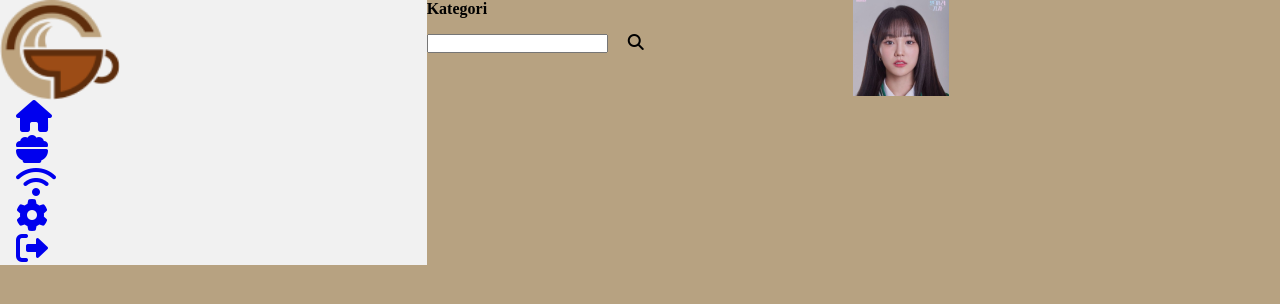
Repository: DanielChuaaa/sbd2
Page: index.html
An editor plug-in stored every save of this project. The page is shown before and after the next save, followed by the edit.
The browser window is 1280 px wide. The pictures show the whole page.
Some web libraries are served in a nearby version.

Above is the page before, as saved 2023-10-20 10:06:55.

After the next save:
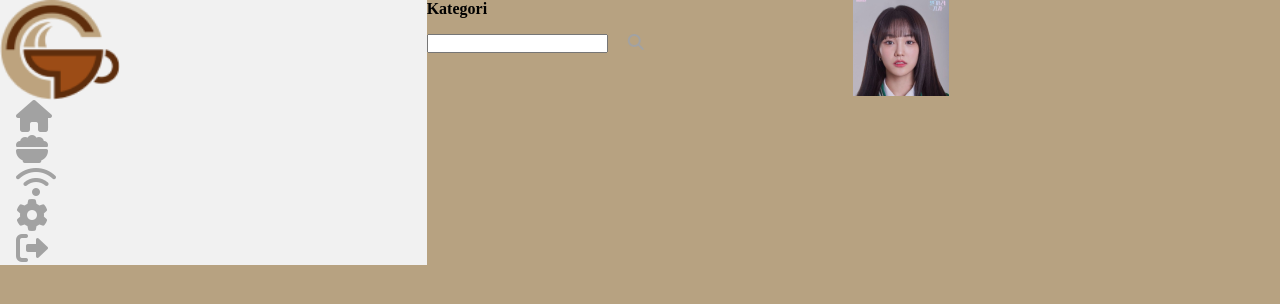
Saved 26 s later.
--- a/style.css
+++ b/style.css
@@ -37,5 +37,6 @@ body{
 }
 
 .fa-solid{
+    color: var(--clr-neutral-100);
     padding: 1rem;
 }
